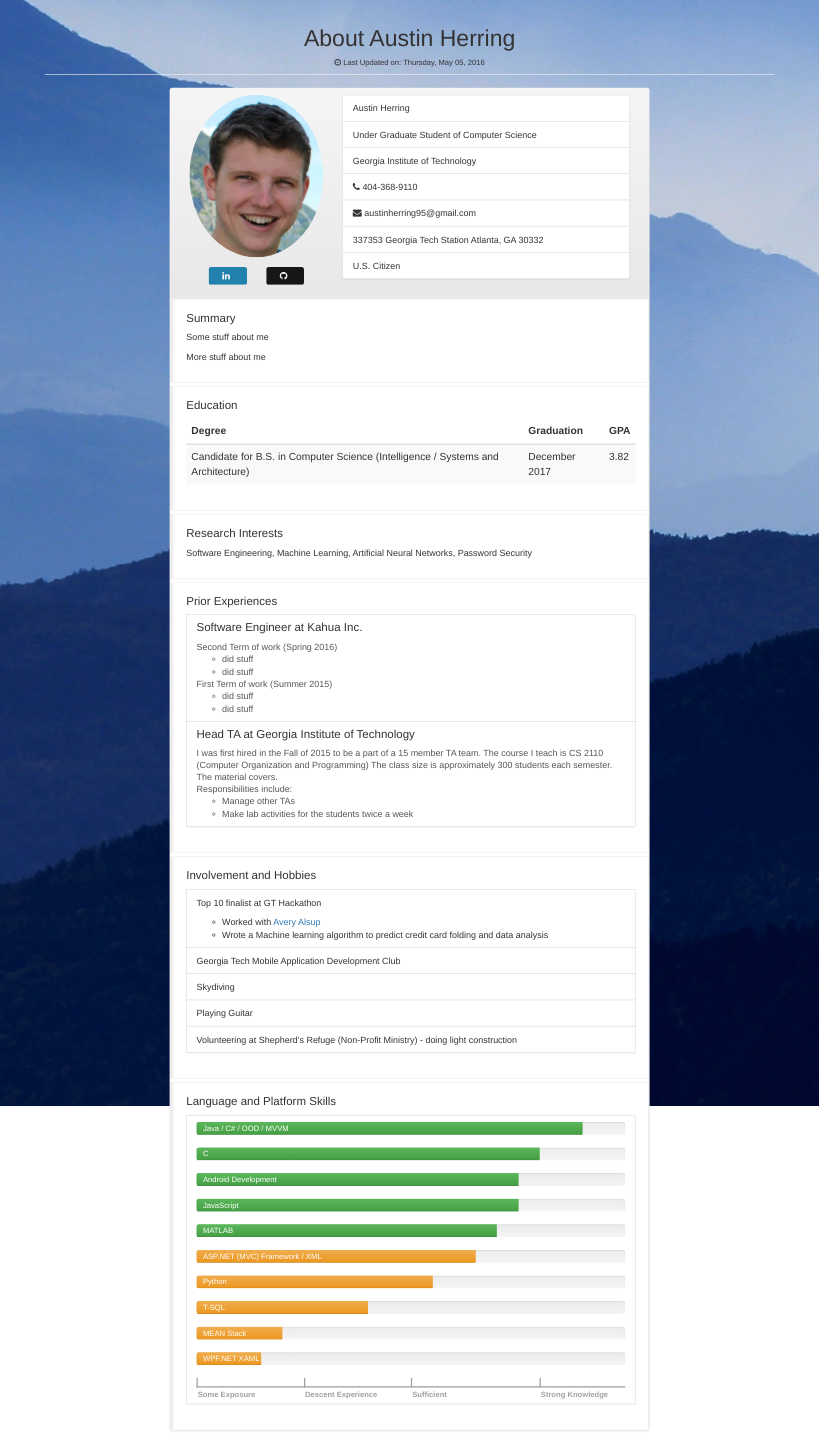
Repository: austinHerring/PersonalWebsite
Page: PersonalWebsite/WebContent/about.html
These files come from the project's save history. The page is drawn as it stood at one moment and after the next save; the edit follows.
The browser window is 1280 px wide. The pictures show the whole page, at 64% of full size.
Some web libraries are served in a nearby version.

Above is the page before, as saved 2016-06-12 22:03:24.

### PersonalWebsite/WebContent/about.html
<html>
<head>
	<meta charset="utf-8"/>
	<title>About - Austin</title>
	<link rel="stylesheet" href="css/bootstrap.min.css">
	<link rel="stylesheet" href="css/bootstrap-theme.min.css">
	<link rel="stylesheet" href="css/about.css">
</head>
<body>
	<div class="container" id="page-wrap">
		<div class="resume">
	    <header class="page-header">
		    <h1 class="page-title">About Austin Herring</h1>
		    <small> <i class="fa fa-clock-o"></i> Last Updated on: <time>Thursday, May 05, 2016</time></small>
		</header>
		<div class="row">
		  <div class="col-xs-12 col-sm-12 col-md-offset-1 col-md-10 col-lg-offset-2 col-lg-8">
		    <div class="panel panel-default">
		      <div class="panel-heading resume-heading">
		        <div class="row">
		          <div class="col-lg-12">
		            <div class="col-xs-12 col-sm-4">
		              <figure>
		                <img class="img-circle img-responsive" alt="Picture of Austin" src="images/austinEurope1.png">
		              </figure>
		                <div class="col-xs-12 social-btns">
		                    <div class="col-xs-3 col-md-1 col-lg-6 social-btn-holder">
		                      <a href="https://www.linkedin.com/in/austin-herring-810350a3?trk=nav_responsive_tab_profile" class="btn btn-social btn-block btn-linkedin">
		                        <i class="fa fa-linkedin"></i> </a>
		                    </div>
		                    <div class="col-xs-3 col-md-1 col-lg-6 social-btn-holder">
		                      <a href="https://github.com/austinHerring" class="btn btn-social btn-block btn-github">
		                        <i class="fa fa-github"></i> </a>
		                    </div>
		                </div>
		            </div>

		            <div class="col-xs-12 col-sm-8">
		              <ul class="list-group">
		                <li class="list-group-item">Austin Herring</li>
		                <li class="list-group-item">Under Graduate Student of Computer Science</li>
		                <li class="list-group-item">Georgia Institute of Technology</li>
		                <li class="list-group-item"><i class="fa fa-phone"></i> 404-368-9110 </li>
		                <li class="list-group-item"><i class="fa fa-envelope"></i> austinherring95@gmail.com</li>
		                <li class="list-group-item">337353 Georgia Tech Station Atlanta, GA 30332</li>
		                <li class="list-group-item">U.S. Citizen</li>
		              </ul>
		            </div>
		          </div>
		        </div>
		      </div>
		      <div class="bs-callout">
		        <h4>Summary</h4>
		        <p>
		        	Some stuff about me
		        </p>
		        <p>
		         	More stuff about me
		        </p>
		      </div>
		      <div class="bs-callout">
		        <h4>Education</h4>
		        <table class="table table-striped table-responsive ">
		          <thead>
		            <tr><th>Degree</th>
		            <th>Graduation</th>
		            <th>GPA</th>
		          </tr></thead>
		          <tbody>
		            <tr>
		              <td>Candidate for B.S. in Computer Science (Intelligence / Systems and Architecture)</td>
		              <td>December 2017</td>
		              <td>3.82</td>
		            </tr>
		          </tbody>
		        </table>
		      </div>
		      <div class="bs-callout">
		        <h4>Research Interests</h4>
		        <p>
		          Software Engineering, Machine Learning, Artificial Neural Networks, Password Security
		        </p>
		      </div>

		      <div class="bs-callout">
		        <h4>Prior Experiences</h4>
		        <ul class="list-group">
		          <a class="list-group-item active-link" href="https://www.kahua.com/">
		            <h4 class="list-group-item-heading">
		              Software Engineer at Kahua Inc.
		            </h4>
		            <p class="list-group-item-text">
			             Second Term of work (Spring 2016)
		             </p>
		             <ul>
		                <li>
		                     did stuff
		                </li>
		                <li>
				             did stuff
		                </li>
	                </ul>
	                <p class="list-group-item-text">
			             First Term of work (Summer 2015)
		             </p>
		             <ul>
		                <li>
		                     did stuff
		                </li>
		                <li>
				             did stuff
		                </li>
	                </ul>
		          </a>
		          <a class="list-group-item inactive-link" href="#">
		            <h4 class="list-group-item-heading">Head TA at Georgia Institute of Technology</h4>
		            <p class="list-group-item-text">
			             	I was first hired in the Fall of 2015 to be a part of a 15 member TA team. The course I teach is CS 2110 (Computer Organization and Programming)
			             The class size is approximately 300 students each semester. The material covers.<br/>
			             Responsibilities include:
		             </p>
		             <ul>
		                <li>
		                     Manage other TAs
		                </li>
		                <li>
				             Make lab activities for the students twice a week
		                </li>
	                </ul>
		          </a>
		        </ul>
		      </div>
		      <div class="bs-callout">
		        <h4>Involvement and Hobbies</h4>
		        <ul class="list-group">
		          <li class="list-group-item">
		          	<p>Top 10 finalist at GT Hackathon</p>
		          	<ul>
		          		<li>Worked with <a href="https://www.linkedin.com/in/terrence-alsup-8bb8508a?authType=name&authToken=7kiY&trk=contacts-contacts-list-contact_name-0">Avery Alsup</a></li>
		          		<li>Wrote a Machine learning algorithm to predict credit card folding and data analysis</li>
		          	</ul>
		          </li>
		          <li class="list-group-item"> Georgia Tech Mobile Application Development Club</li>
		          <li class="list-group-item"> Skydiving</li>
		          <li class="list-group-item"> Playing Guitar</li>
		          <li class="list-group-item"> Volunteering at Shepherd’s Refuge (Non-Profit Ministry) - doing light construction</li>
		        </ul>
		      </div>
		      <div class="bs-callout">
		        <h4>Language and Platform Skills</h4>
		        <ul class="list-group">
		          <a class="list-group-item inactive-link" href="#">
		            <div class="progress">
		              <div data-placement="top" style="width: 90%;"
		              aria-valuemax="100" aria-valuemin="0" aria-valuenow="80" role="progressbar" class="progress-bar progress-bar-success">
		                <span class="sr-only">80%</span>
		                <span class="progress-type">Java / C# / OOD / MVVM</span>
		              </div>
		            </div>
		            <div class="progress">
		              <div data-placement="top" style="width: 80%;" aria-valuemax="100" aria-valuemin="0" aria-valuenow="60" role="progressbar" class="progress-bar progress-bar-success">
		                <span class="sr-only">60%</span>
		                <span class="progress-type">C</span>
		              </div>
		            </div>
		            <div class="progress">
		              <div data-placement="top" style="width: 75%;" aria-valuemax="100" aria-valuemin="0" aria-valuenow="60" role="progressbar" class="progress-bar progress-bar-success">
		                <span class="sr-only">60%</span>
		                <span class="progress-type">Android Development</span>
		              </div>
		            </div>
		            <div class="progress">
		              <div data-placement="top" style="width: 75%;" aria-valuemax="100" aria-valuemin="0" aria-valuenow="1" role="progressbar" class="progress-bar progress-bar-success">
		                <span class="sr-only">70%</span>
		                <span class="progress-type">JavaScript</span>
		              </div>
		            </div>
		            <div class="progress">
		              <div data-placement="top" style="width: 70%;" aria-valuemax="100" aria-valuemin="0" aria-valuenow="60" role="progressbar" class="progress-bar progress-bar-success">
		                <span class="sr-only">60%</span>
		                <span class="progress-type">MATLAB</span>
		              </div>
		            </div>
		            <div class="progress">
		              <div data-placement="top" style="width: 65%;" aria-valuemax="100" aria-valuemin="0" aria-valuenow="50" role="progressbar" class="progress-bar progress-bar-warning">
		                <span class="sr-only">50%</span>
		                <span class="progress-type">ASP.NET (MVC) Framework / XML</span>
		              </div>
		            </div>
		            <div class="progress">
		              <div data-placement="top" style="width: 55%;" aria-valuemax="100" aria-valuemin="0" aria-valuenow="1" role="progressbar" class="progress-bar progress-bar-warning">
		                <span class="sr-only">65%</span>
		                <span class="progress-type">Python</span>
		              </div>
		            </div>
		            <div class="progress">
		              <div data-placement="top" style="width: 40%;" aria-valuemax="100" aria-valuemin="0" aria-valuenow="1" role="progressbar" class="progress-bar progress-bar-warning">
		                <span class="sr-only">70%</span>
		                <span class="progress-type">T-SQL</span>
		              </div>
		            </div>
		            <div class="progress">
		              <div data-placement="top" style="width: 20%;" aria-valuemax="100" aria-valuemin="0" aria-valuenow="1" role="progressbar" class="progress-bar progress-bar-warning">
		                <span class="sr-only">70%</span>
		                <span class="progress-type">MEAN Stack </span>
		              </div>
		            </div>
		            <div class="progress">
		              <div data-placement="top" style="width: 15%;" aria-valuemax="100" aria-valuemin="0" aria-valuenow="50" role="progressbar" class="progress-bar progress-bar-warning">
		                <span class="sr-only">10%</span>
		                <span class="progress-type">WPF.NET XAML</span>
		              </div>
		            </div>

		            <div class="progress-meter">
		              <div style="width: 25%;" class="meter meter-left"><span class="meter-text">Some Exposure</span></div>
		              <div style="width: 25%;" class="meter meter-left"><span class="meter-text">Descent Experience</span></div>
		              <div style="width: 30%;" class="meter meter-left"><span class="meter-text">Sufficient</span></div>
		              <div style="width: 20%;" class="meter meter-left"><span class="meter-text">Strong Knowledge</span></div>
		            </div>
		          </a>
		        </ul>
		      </div>
		    </div>

		  </div>
		</div>

		</div>
	</div>
			<!-- At bottom, 'cause it's not really content -->
		<div id="bg">
			<img src="images/background.jpg" alt="">
		</div>
	<script src="js/jquery.min.js"></script>
	<script src="js/bootstrap.min.js"></script>
</body>
</html>

### PersonalWebsite/WebContent/css/about.css
/* uses font awesome for social icons */
@import url(http://maxcdn.bootstrapcdn.com/font-awesome/4.2.0/css/font-awesome.min.css);

.page-header{
  text-align: center;
}

/*social buttons*/
.btn-social{
  color: white;
  opacity:0.9;
}
.btn-social:hover {
  color: white;
    opacity:1;
}
.btn-facebook {
background-color: #3b5998;
opacity:0.9;
}
.btn-twitter {
background-color: #00aced;
opacity:0.9;
}
.btn-linkedin {
background-color:#0e76a8;
opacity:0.9;
}
.btn-github{
  background-color:#000000;
  opacity:0.9;
}
.btn-google {
  background-color: #c32f10;
  opacity: 0.9;
}
.btn-stackoverflow{
  background-color: #D38B28;
  opacity: 0.9;
}

/* resume stuff */

.bs-callout {
    -moz-border-bottom-colors: none;
    -moz-border-left-colors: none;
    -moz-border-right-colors: none;
    -moz-border-top-colors: none;
    border-color: #eee;
    border-image: none;
    border-radius: 3px;
    border-style: solid;
    border-width: 1px 1px 1px 5px;
    margin-bottom: 5px;
    padding: 20px;
}
.bs-callout:last-child {
    margin-bottom: 0px;
}
.bs-callout h4 {
    margin-bottom: 10px;
    margin-top: 0;
}

.bs-callout-danger {
    border-left-color: #d9534f;
}

.bs-callout-danger h4{
    color: #d9534f;
}

.resume .list-group-item:first-child, .resume .list-group-item:last-child{
  border-radius:0;
}

/*makes an anchor inactive(not clickable)*/
.inactive-link {
   pointer-events: none;
   cursor: default;
}

.resume-heading .social-btns{
  margin-top:15px;
}
.resume-heading .social-btns i.fa{
  margin-left:-5px;
}



@media (max-width: 992px) {
  .resume-heading .social-btn-holder{
    padding:5px;
  }
}

/* For background */
#bg {
	position:fixed;
	top:-50%;
	left:-50%;
	width:100%;
	height:100%;
}
#bg img {
	position:absolute;
	top:0;
	left:0;
	right:0;
	bottom:0;
	margin:auto;
	min-width:50%;
	min-height:50%;
}

#page-wrap { position: relative; z-index: 2}


/* skill meter in resume. copy pasted from http://bootsnipp.com/snippets/featured/progress-bar-meter */

.progress-bar {
    text-align: left;
	white-space: nowrap;
	white-space: nowrap;
	overflow: hidden;
	text-overflow: ellipsis;
	cursor: pointer;
}

.progress-bar > .progress-type {
	padding-left: 10px;
}

.progress-meter {
	min-height: 15px;
	border-bottom: 2px solid rgb(160, 160, 160);
  margin-bottom: 15px;
}

.progress-meter > .meter {
	position: relative;
	float: left;
	min-height: 15px;
	border-width: 0px;
	border-style: solid;
	border-color: rgb(160, 160, 160);
}

.progress-meter > .meter-left {
	border-left-width: 2px;
}

.progress-meter > .meter-right {
	float: right;
	border-right-width: 2px;
}

.progress-meter > .meter-right:last-child {
	border-left-width: 2px;
}

.progress-meter > .meter > .meter-text {
	position: absolute;
	display: inline-block;
	bottom: -20px;
	width: 100%;
	font-weight: 700;
	font-size: 0.85em;
	color: rgb(160, 160, 160);
	text-align: left;
}

.progress-meter > .meter.meter-right > .meter-text {
	text-align: right;
}

Loaded but not shown: PersonalWebsite/WebContent/css/bootstrap.min.css (library); PersonalWebsite/WebContent/css/bootstrap-theme.min.css (library); PersonalWebsite/WebContent/js/jquery.min.js (library); PersonalWebsite/WebContent/js/bootstrap.min.js (library)

After the next save:
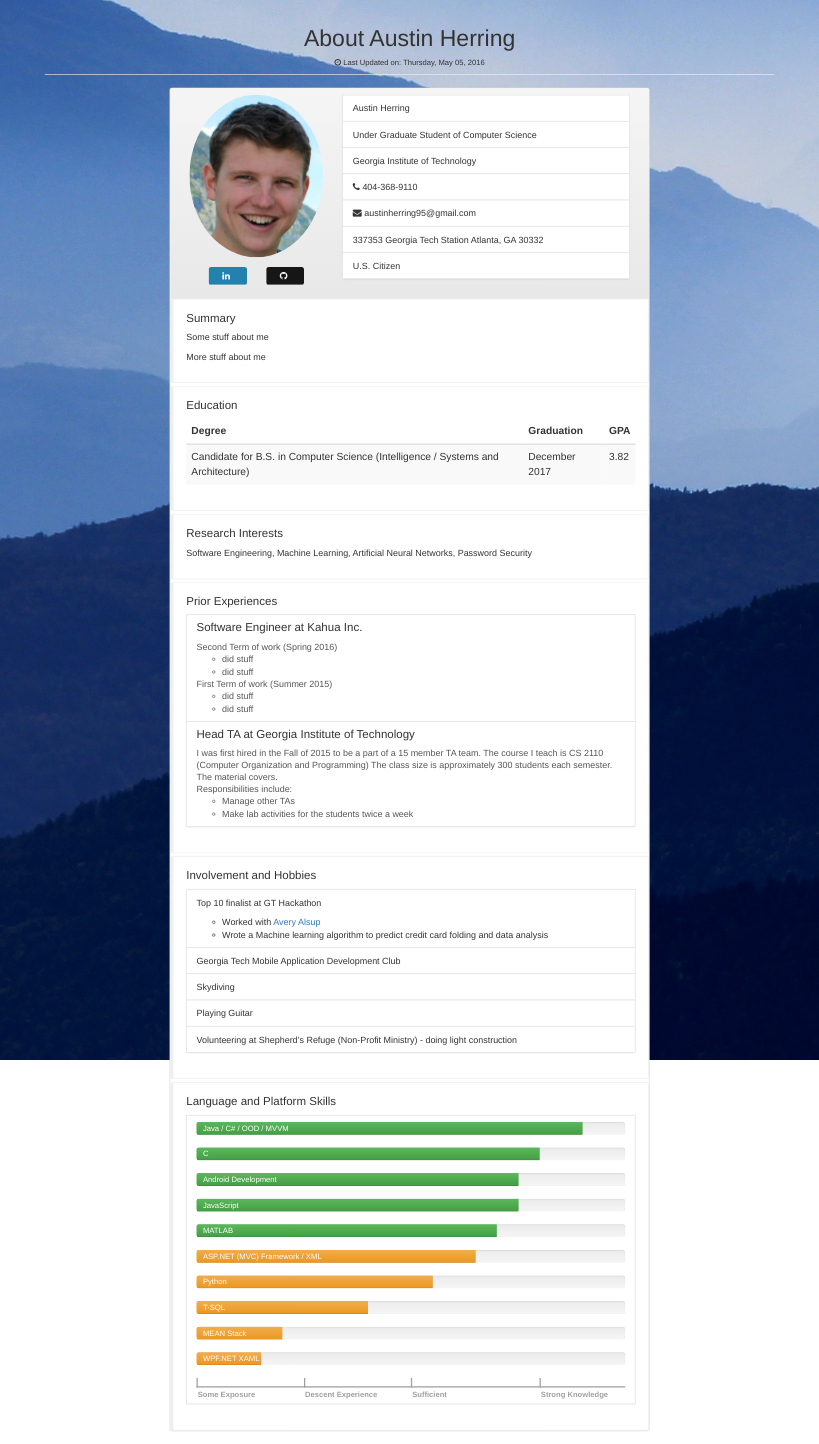
Saved 5 min 28 s later.
--- a/PersonalWebsite/WebContent/css/about.css
+++ b/PersonalWebsite/WebContent/css/about.css
@@ -95,14 +95,15 @@ opacity:0.9;
   }
 }
 
-/* For background */
+
 #bg {
 	position:fixed;
 	top:-50%;
 	left:-50%;
 	width:100%;
-	height:100%;
+	height:80%;
 }
+
 #bg img {
 	position:absolute;
 	top:0;
